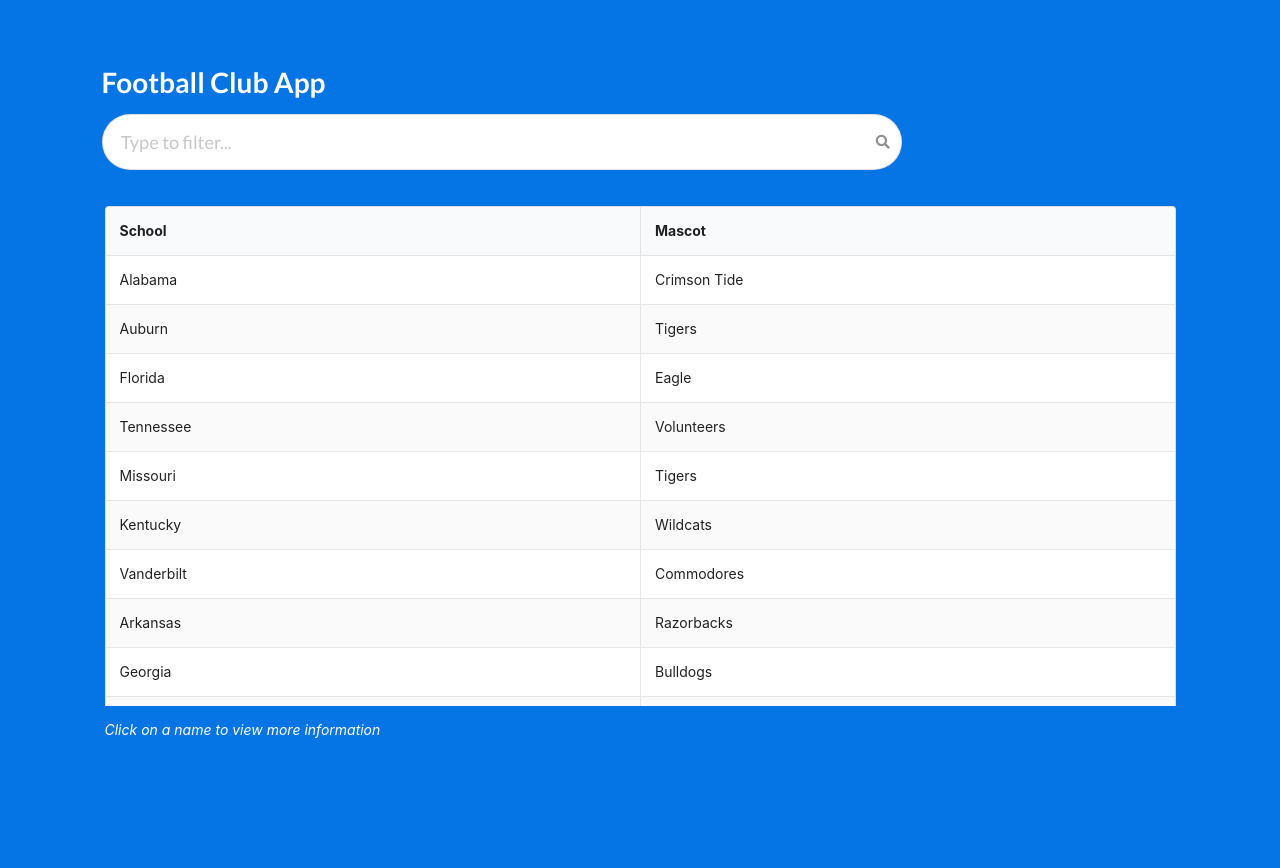
Repository: edwarddubi/Bootcamp_4_React
Page: / (app in bootcamp-4-react/)
An editor plug-in stored every save of this project. The page is shown before and after the next save, followed by the edit.
The browser window is 1280 px wide. The pictures show the whole page.
An inner scrolling area shows only its first screen. The project was rebuilt for these pictures with package versions that can differ from the ones it lists, and the page was loaded fresh each time.

Above is the page before, as saved 2020-07-14 10:15:21.

After the next save:
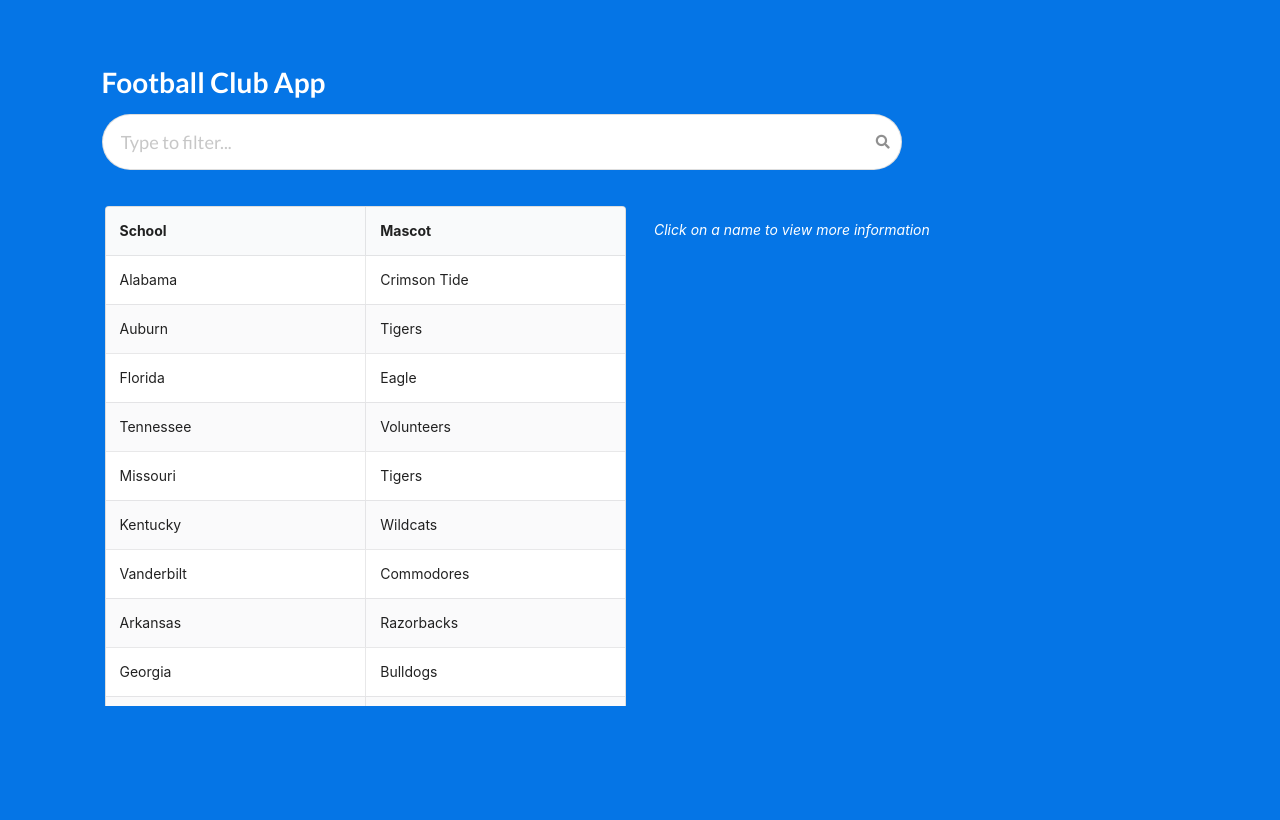
Saved 4 s later.
--- a/bootcamp-4-react/src/App.js
+++ b/bootcamp-4-react/src/App.js
@@ -26,7 +26,7 @@
 
           <main style={{ marginTop: "50px" }} className="main">
             <div class="ui grid">
-              <div class="table-responsive" className="tableWrapper">
+              <div style={{ width: "50%" }} class="table-responsive" className="tableWrapper">
                 <table
                   class="ui stackable fixed striped single line selectable celled table padded "
                 >
